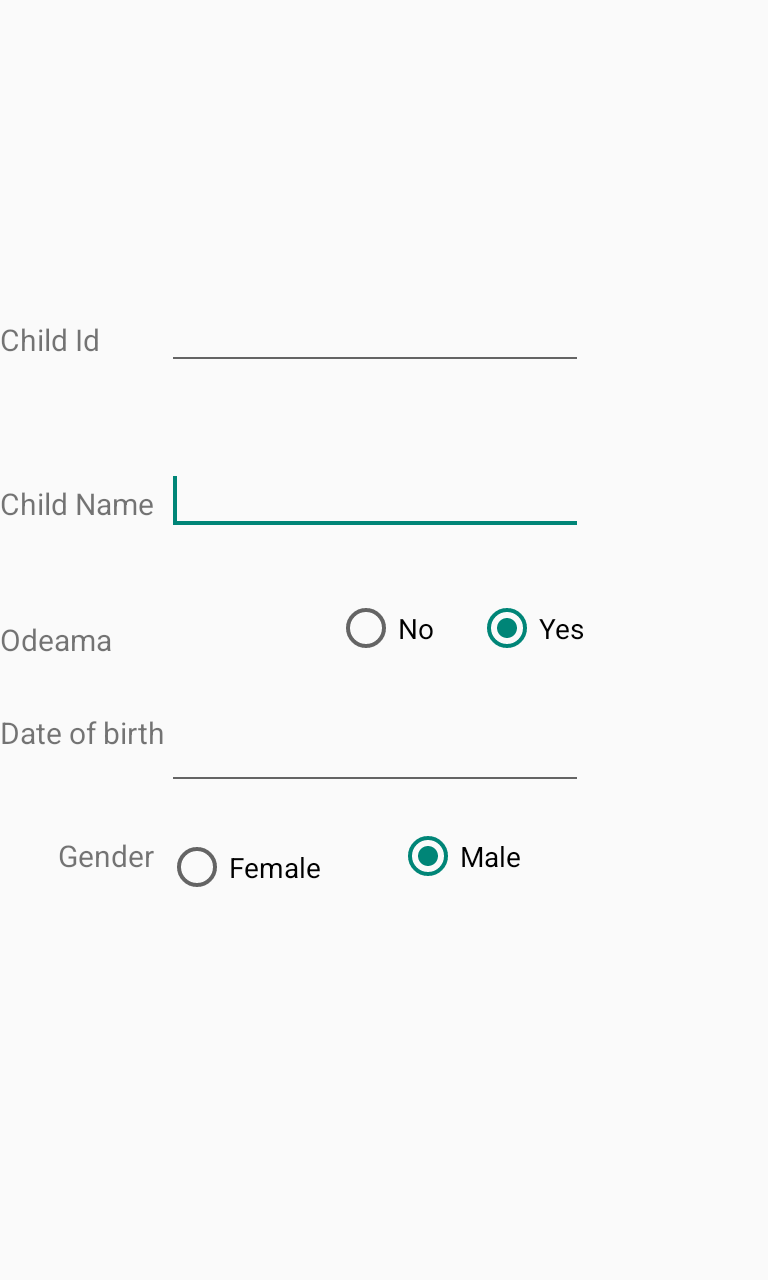
Repository: Team-7/hopeworldwide
Layout: workspace/HopeWWdatabase/res/layout/activity_main.xml
The author's editor kept a copy of each file at every save. The layout is drawn from the files as they stood at one save, then again after the next save.
It is drawn on a 768 x 1280 px phone screen (xhdpi) without system bars, with theme AppTheme; the app's code is not run.

Above is the layout before, as saved 2014-04-10 09:24:16.

After the next save:
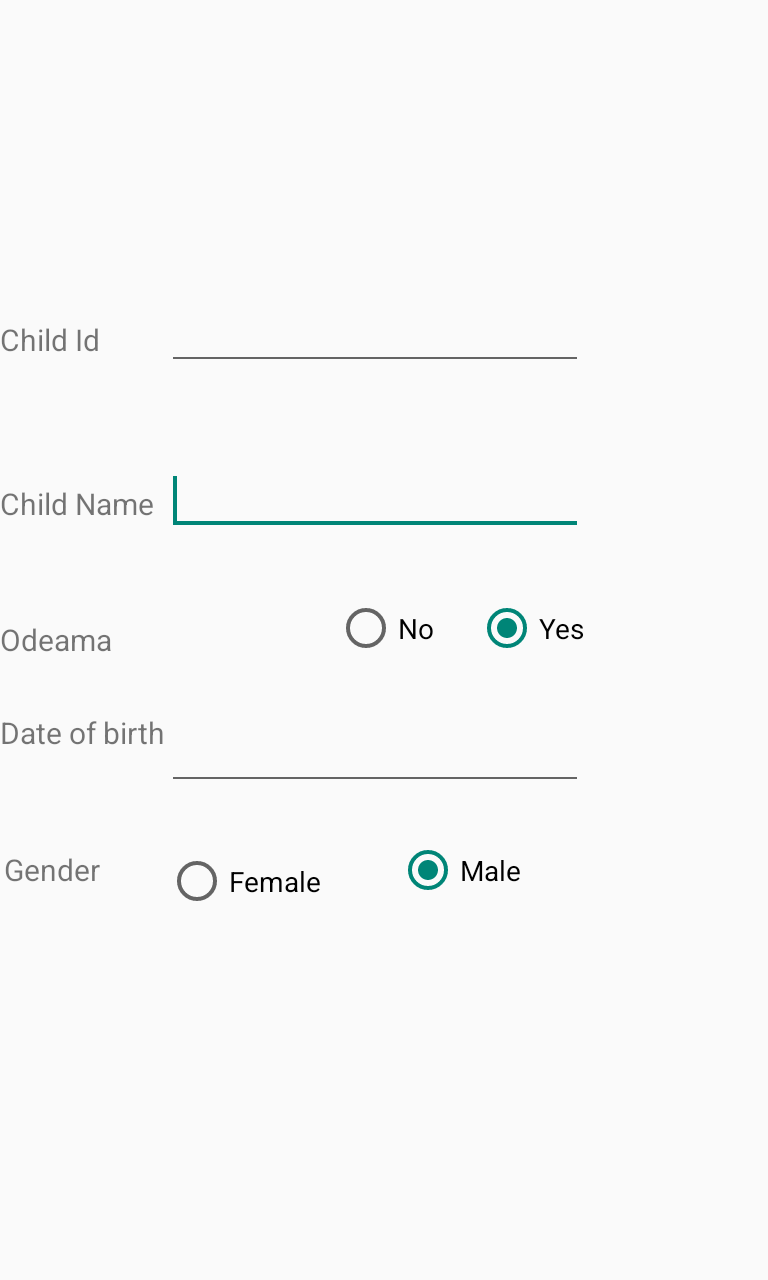
Saved 24 s later.
--- a/workspace/HopeWWdatabase/res/layout/activity_main.xml
+++ b/workspace/HopeWWdatabase/res/layout/activity_main.xml
@@ -49,16 +49,6 @@
             android:layout_below="@+id/textView3"
             android:layout_marginTop="26dp"
             android:text="Date of birth"
-            android:textSize="15sp" />
-
-        <TextView
-            android:id="@+id/textView5"
-            android:layout_width="wrap_content"
-            android:layout_height="wrap_content"
-            android:layout_alignRight="@+id/textView2"
-            android:layout_below="@+id/editText3"
-            android:layout_marginTop="20dp"
-            android:text="Gender"
             android:textSize="15sp" />
 
         <RadioButton
@@ -139,6 +129,16 @@
             android:text="Child Id"
             android:textSize="15sp" />
 
+        <TextView
+            android:id="@+id/textView5"
+            android:layout_width="wrap_content"
+            android:layout_height="wrap_content"
+            android:layout_alignRight="@+id/textView1"
+            android:layout_below="@+id/editText3"
+            android:layout_marginTop="27dp"
+            android:text="Gender"
+            android:textSize="15sp" />
+
     </RelativeLayout>
 
 </FrameLayout>
